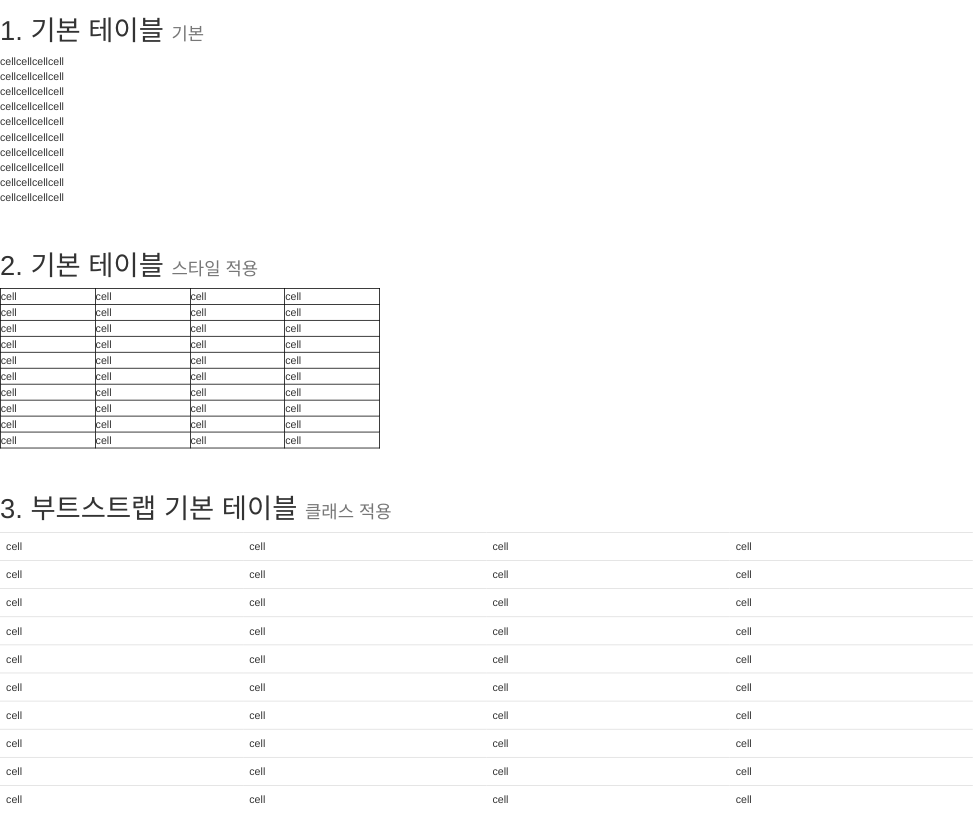
Repository: abbyinkr/BootstrapStudy
Page: BootStrapWork/WebContent/BootEx02.html
The author's editor kept a copy of each file at every save. The page is drawn from the files as they stood at one save, then again after the next save.
The browser window is 1280 px wide. The pictures show the whole page, at 76% of full size.

Above is the page before, as saved 2021-07-01 03:34:48.

After the next save:
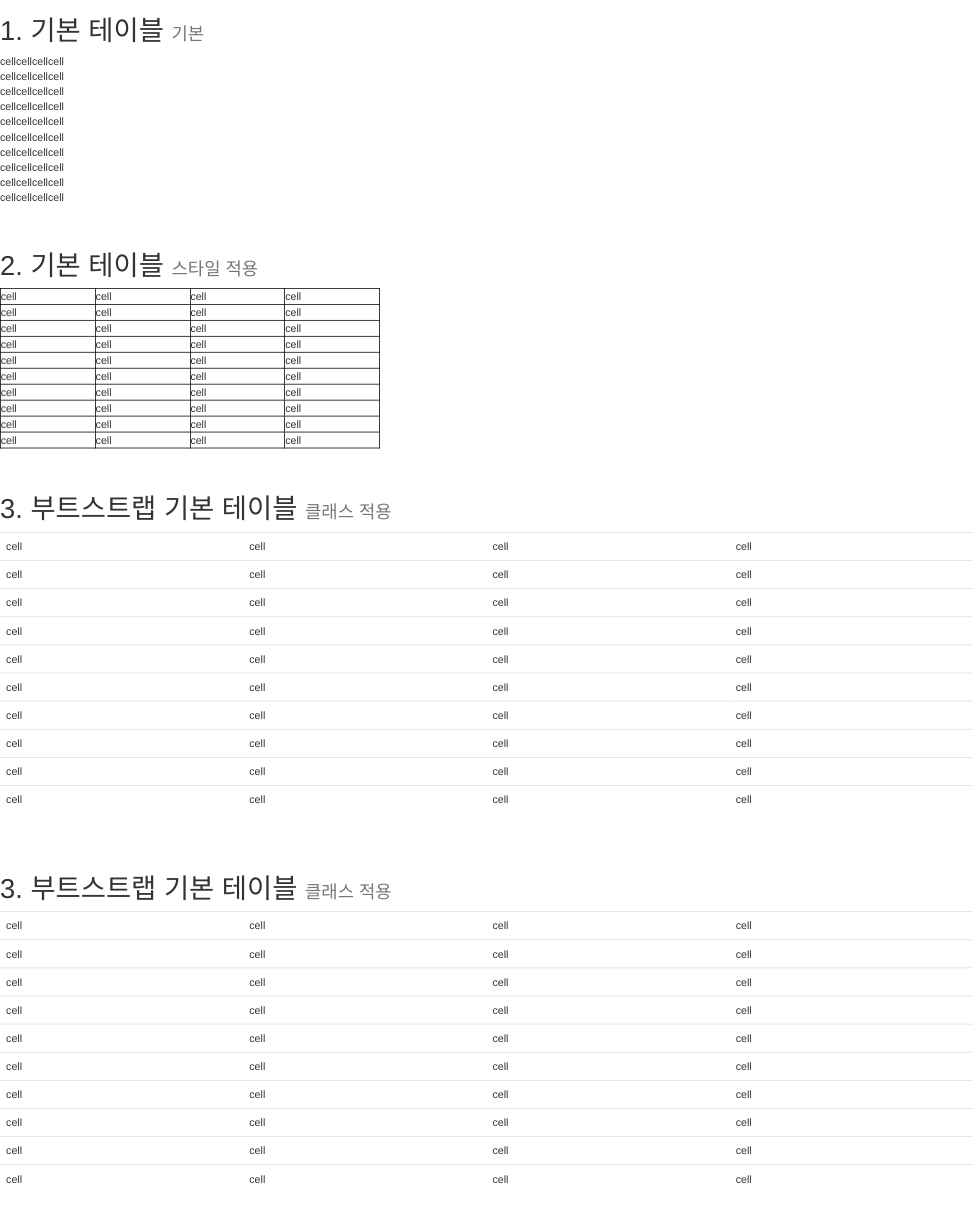
Saved 17 s later.
--- a/BootStrapWork/WebContent/BootEx02.html
+++ b/BootStrapWork/WebContent/BootEx02.html
@@ -233,6 +233,74 @@
 	</tr>
 </table>
 
+<br /><br />
+
+<h1>3. 부트스트랩 기본 테이블 <small>클래스 적용</small> </h1>
+
+<!-- table>(tr>td{cell}*4)*10 -->
+<table class="table">
+	<tr>
+		<td>cell</td>
+		<td>cell</td>
+		<td>cell</td>
+		<td>cell</td>
+	</tr>
+	<tr>
+		<td>cell</td>
+		<td>cell</td>
+		<td>cell</td>
+		<td>cell</td>
+	</tr>
+	<tr>
+		<td>cell</td>
+		<td>cell</td>
+		<td>cell</td>
+		<td>cell</td>
+	</tr>
+	<tr>
+		<td>cell</td>
+		<td>cell</td>
+		<td>cell</td>
+		<td>cell</td>
+	</tr>
+	<tr>
+		<td>cell</td>
+		<td>cell</td>
+		<td>cell</td>
+		<td>cell</td>
+	</tr>
+	<tr>
+		<td>cell</td>
+		<td>cell</td>
+		<td>cell</td>
+		<td>cell</td>
+	</tr>
+	<tr>
+		<td>cell</td>
+		<td>cell</td>
+		<td>cell</td>
+		<td>cell</td>
+	</tr>
+	<tr>
+		<td>cell</td>
+		<td>cell</td>
+		<td>cell</td>
+		<td>cell</td>
+	</tr>
+	<tr>
+		<td>cell</td>
+		<td>cell</td>
+		<td>cell</td>
+		<td>cell</td>
+	</tr>
+	<tr>
+		<td>cell</td>
+		<td>cell</td>
+		<td>cell</td>
+		<td>cell</td>
+	</tr>
+</table>
+
 
 
 </body>
